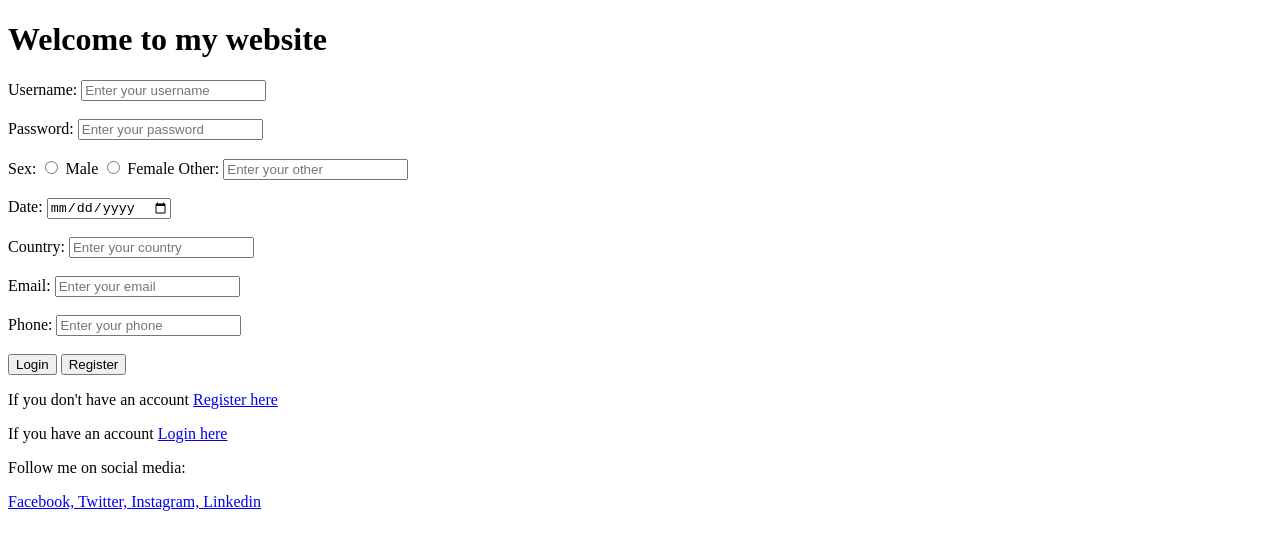
Repository: bao2222/hoc-lam-web
Page: welcome.html
An editor plug-in stored every save of this project. The page is shown before and after the next save, followed by the edit.
The browser window is 1280 px wide. The pictures show the whole page.

Above is the page before, as saved 2024-12-24 19:48:11.

After the next save:
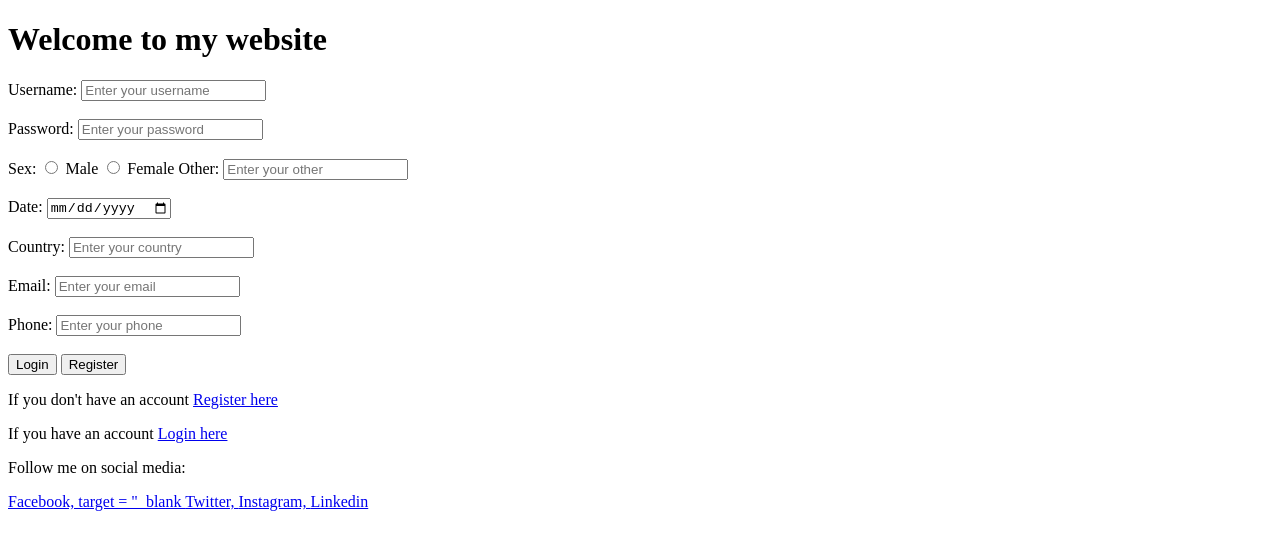
Saved 11 min 50 s later.
--- a/welcome.html
+++ b/welcome.html
@@ -52,7 +52,7 @@
 
                 <div>
                     <p>Follow me on social media: </p>
-                    <a href="https://www.facebook.com/">Facebook, </a>
+                    <a href="https://www.facebook.com/">Facebook, target = "_blank </a>
                     <a href="https://www.twitter.com/"> Twitter, </a>
                     <a href="https://www.instagram.com/"> Instagram, </a>
                     <a href="https://www.linkedin.com/"> Linkedin</a>

After the save that followed:
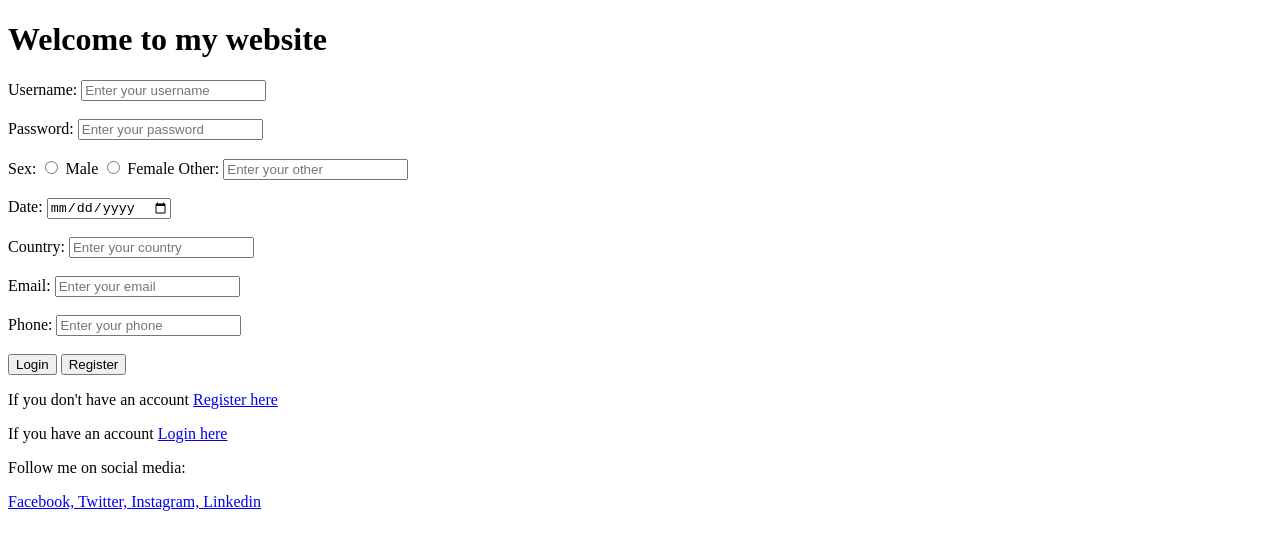
Saved 40 s later.
--- a/welcome.html
+++ b/welcome.html
@@ -52,7 +52,7 @@
 
                 <div>
                     <p>Follow me on social media: </p>
-                    <a href="https://www.facebook.com/">Facebook, target = "_blank </a>
+                    <a target = "_blank" href="https://www.facebook.com/">Facebook,  </a>
                     <a href="https://www.twitter.com/"> Twitter, </a>
                     <a href="https://www.instagram.com/"> Instagram, </a>
                     <a href="https://www.linkedin.com/"> Linkedin</a>
